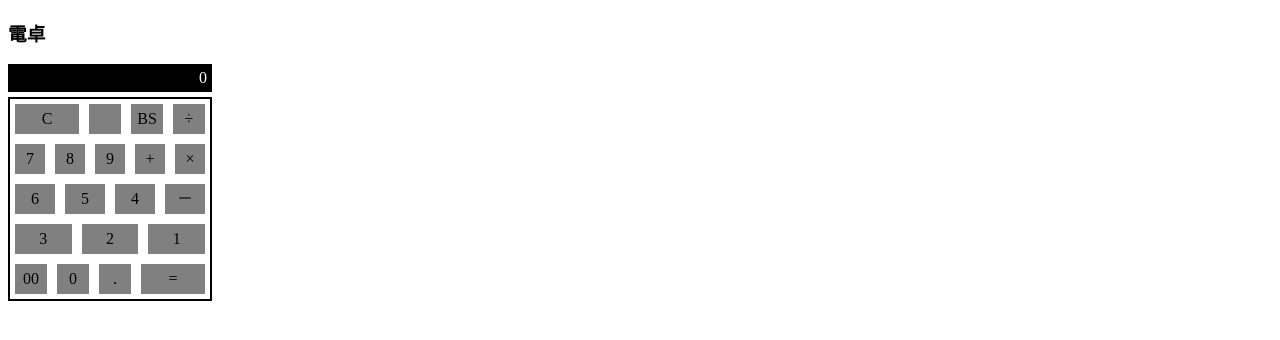
Repository: haya67/jsCalculator
Page: index.html
The author's editor kept a record of every edit. The page is drawn from the files as they stood at one moment, then again after the next edit.
The browser window is 1280 px wide. The pictures show the whole page.
Some web libraries are served in a nearby version.

Above is the page before.

After the next edit:
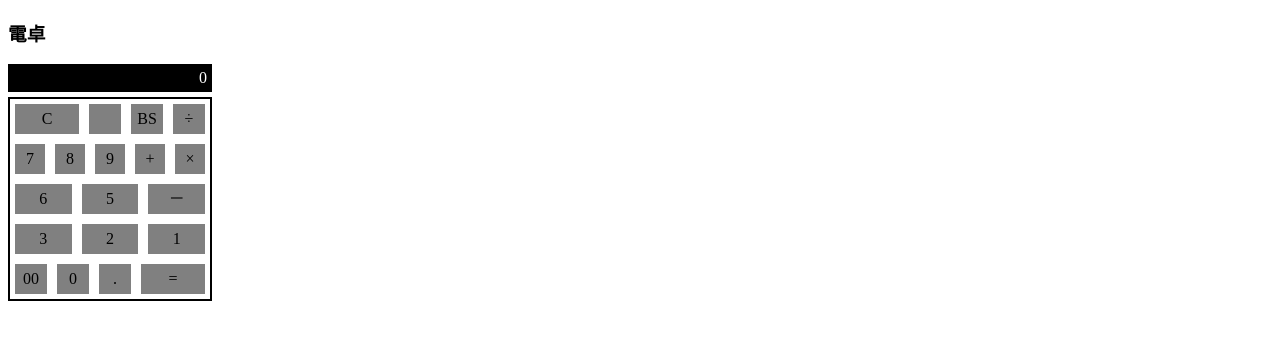
The edit:
--- a/index.html
+++ b/index.html
@@ -37,7 +37,7 @@
           <section class = 'row'>
             <div class = "num_bth one_nine " data-index-id = 6 >6</div>
             <div class = "num_bth one_nine " data-index-id = 5 >5</div>
-            <div class = "num_bth one_nine " data-index-id = 4 >4</div>
+
             <div class = "num_bth cal" data-index-id = '-'>－</div>
           </section>
           <section class = 'row'>
